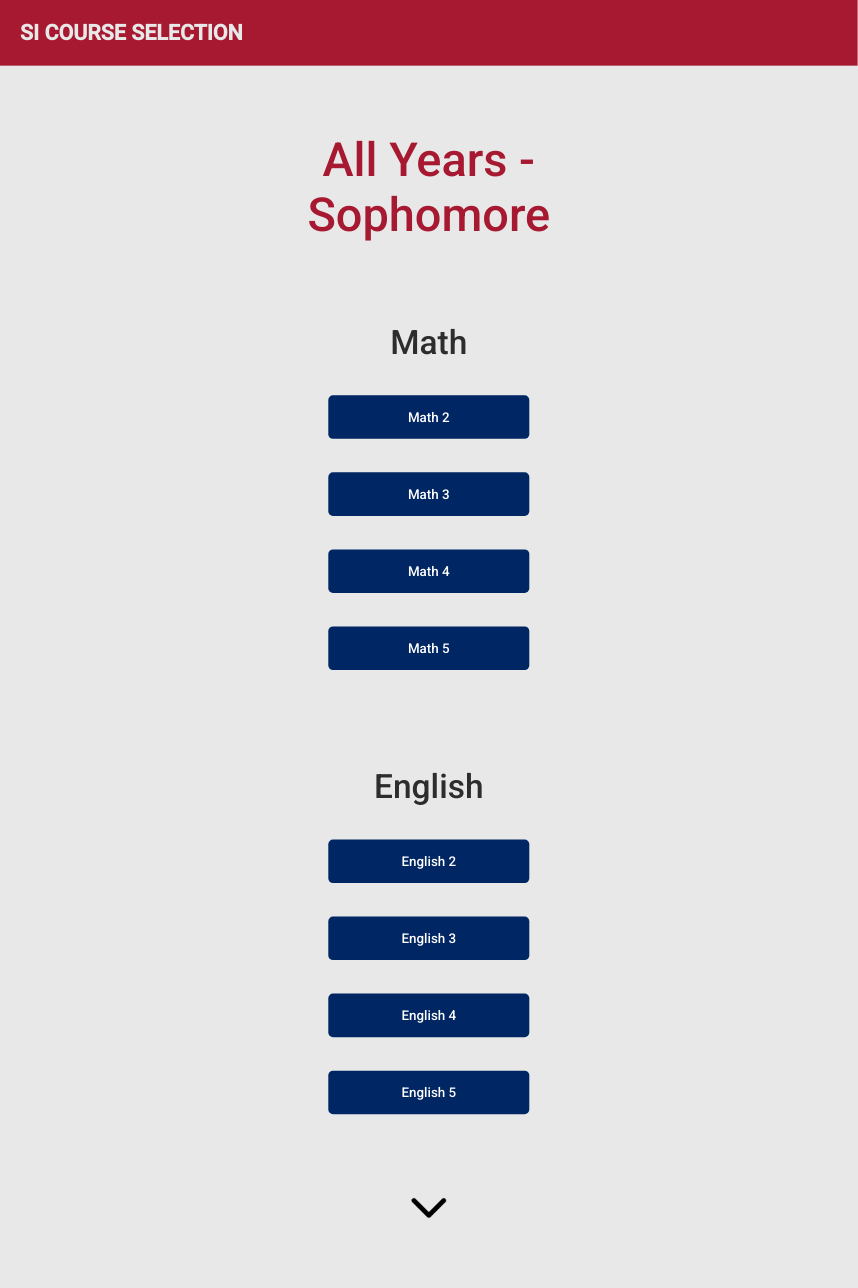
Repository: BuddyBob/si_course_selection
Page: /#/yearThree
The author's editor kept a copy of each file at every save. The page is drawn from the files as they stood at one save, then again after the next save.
The browser window is 1280 px wide. The pictures show the whole page, at 67% of full size.
The project was rebuilt for these pictures with package versions that can differ from the ones it lists, and the page was loaded fresh each time. Also part of the build but not shown: src/components/CurrentYear.js, src/getLocalStorage.js, src/Home.js, src/components/AllYears/YearFour.js, src/components/AllYears/YearOne.js, src/components/AllYears/YearTwo.js.

Above is the page before, as saved 2023-01-04 09:55:12.

### public/index.html
<!DOCTYPE html>
<html lang="en">
  <head>
    <meta charset="utf-8" />
    <link rel="icon" href="%PUBLIC_URL%/favicon.ico" />
    <meta name="viewport" content="width=device-width, initial-scale=1" />
    <meta name="theme-color" content="#000000" />
    <meta
      name="description"
      content="Web site created using create-react-app"
    />
    <link rel="apple-touch-icon" href="%PUBLIC_URL%/logo192.png" />
    <link rel="manifest" href="%PUBLIC_URL%/manifest.json" />

    <link rel="preconnect" href="https://fonts.googleapis.com">
    <link rel="preconnect" href="https://fonts.gstatic.com" crossorigin>
    <link href="https://fonts.googleapis.com/css2?family=Open+Sans:wght@300;400&family=Roboto:wght@500&display=swap" rel="stylesheet">
    <title>React App</title>
  </head>
  <body>
    <noscript>You need to enable JavaScript to run this app.</noscript>
    <div id="root"></div>

  </body>
</html>

### src/index.js
import App from './App';
import React from 'react';
import ReactDOM from 'react-dom';
import { HashRouter as Router } from 'react-router-dom';

ReactDOM.render(<Router>< App /></Router>, document.getElementById("root"));

### src/App.js
import './index.css'

import {
    Route,
    Routes,
} from "react-router-dom";

import CurrentYear from "./components/CurrentYear";
import Home from "./Home";
import YearFour from "./components/AllYears/YearFour";
import YearOne from "./components/AllYears/YearOne";
import YearThree from "./components/AllYears/YearThree";
import YearTwo from "./components/AllYears/YearTwo";

export default function App() {
    return (
          <Routes>
            <Route  exact path='/' element={<Home/>} />
            <Route  exact path='/currentYear' element={<CurrentYear/>} />
            <Route  exact path='/yearOne' element={<YearOne/>} />
            <Route  exact path='/yearTwo' element={<YearTwo/>} />
            <Route  exact path='/yearThree' element={<YearThree/>} />
            <Route  exact path='/yearFour' element={<YearFour/>} />
          </Routes>
    );
  }

### src/index.css
:root {
  --background:#e8e8e8;
  --main:#002664;
  --secondary:#A61930;
  --highlight:#2D2D2D;
  --text:#2D2D2D;
}

*{
  padding: 0;
  margin: 0;
  box-sizing: border-box;
  cursor: default;
  font-family: 'Open Sans', sans-serif;
  font-family: 'Roboto', sans-serif;
}

body{
  background: var(--background);
  overflow-x: hidden;
}


.main-container{
/* center */
  display: flex;
  flex-direction: column;
  justify-content: center;
  align-items: center;
  width: 100%;
  height: 100%;
  margin: auto;
}

.sub-container{
  display: flex;
  flex-direction: row;
}



.title{
  font-style: normal;
  font-size: 90px;
  color: var(--secondary);
  font-weight: 500px;
  /* center text to page; */
  margin: auto;
  width: 50%;
  text-align: center;
  position: relative;
  top: 100px;


}

@media screen and (max-width: 1150px) {
  .sub-container{
    flex-direction: column;
  }
  .title{
    font-size: 60px;
    width: 80%;
    text-align: center;
  }

}

select {
  border: #002664 1px solid;
  border-radius: 7px;
  background: #002664;
  width: 300px;
  height: 80px;/*Width of select dropdown to give space for arrow image*/
  color: #FFF;
  text-align: center;
  font-size: 25px;
  font-weight: 20px;
  margin: 50px;

}


.pg1dd{
  display: flex;
  flex-direction: column;
  justify-content: center;
  align-items: center;
  width: 100%;
  height: 100%;
  margin: auto;
  position: relative;
  top: 200px;

}



.arrow1{

  /* center content */
  display: flex;
  flex-direction: column;
  justify-content: center;
  align-items: center;
  position: relative;
  top: 100px

}


.arrow1:hover{
  animation: arrow1 1s infinite;
  color: var(--secondary);
  cursor: pointer;
}

.bounce {
  animation: bounce 3s infinite;
}

@keyframes bounce {
  0%, 20%, 50%, 80%, 100% {
      -moz-transform: translateY(0);
      -ms-transform: translateY(0);
      -webkit-transform: translateY(0);
      transform: translateY(0);
    }
    40% {
      -moz-transform: translateY(-10px);
      -ms-transform: translateY(-10px);
      -webkit-transform: translateY(-10px);
      transform: translateY(-10px);
    }
    40% {
      -moz-transform: translateY(-30px);
      -ms-transform: translateY(-30px);
      -webkit-transform: translateY(-30px);
      transform: translateY(-30px);
    }
    60% {
      -moz-transform: translateY(-15px);
      -ms-transform: translateY(-15px);
      -webkit-transform: translateY(-15px);
      transform: translateY(-15px);
    }
}

### src/components/AllYears/YearThree.js
import '../courseSelection.css'

import React, {useEffect, useState} from 'react'

import arrow from '../../assets/Arrow 5.png'
import courseData from '../../assets/courses.json'
import { useNavigate } from "react-router-dom";

export default function YearThree() {
  let navigate = useNavigate();
  const [grade, setGrade] = useState(localStorage.getItem('grade'));
  let grades = Object.keys(courseData)
  let nextGrade = grades[Object.keys(courseData).indexOf(grade)+2]
  let subjects = courseData[nextGrade].subjects
  let courses = courseData[nextGrade].classes



function courseSelect(e) {
  let userCourse = e.target.innerHTML
  let userSubject = e.target.value


}

function nextPage() {
    //make sure not a senior
  if (grade !== "Sophomore"){
    navigate("/yearFour");
  }
  else{
    navigate("/ThisIsTheResultsPage");
  }
}

    return (
    <div>
        <div className="Headers">
          <div className="Nav">
            <h1 className="navCourseSelect" >SI COURSE SELECTION</h1>
          </div>
          <h1 className="titleCourseSelect" >All Years - {nextGrade} </h1>
        </div>

        <div className="courseSelect">
          {subjects.map((subject, index) => (
            <div key={index}>
              <h2 className="subject">{subject}</h2>
              <div className="courses">
              {courses[subject].map((course, index) => (
                <div key={index}>
                    <button value={subject} className="course_btn" onClick={(e) => courseSelect(e)}>{course}</button>
                </div>
              ))}
              </div>
            </div>
          ))}
            <input type="image" src={arrow} alt="arrow2" className="arrow2 bounce2" onClick={() => nextPage()}/>
        </div>

    </div>
  )
}

### src/components/courseSelection.css
:root {
    --background:#e8e8e8;
    --main:#002664;
    --secondary:#A61930;
    --highlight:#2D2D2D;
    --text:#2D2D2D;
  }

.Nav{
  background-color: var(--secondary);
  padding: 30px;
}
.navCourseSelect{
  color: var(--background);
  font-weight: 100px;

}
.titleCourseSelect{
    font-style: normal;
    font-size: 70px;
    font-weight: 400;
    color: var(--secondary);

    /* center text to page; */
    margin: auto;
    width: 40%;
    text-align: center;

    position: relative;
    top: 100px;


}

@media screen and (max-width: 900px) {
  .titleCourseSelect{
    font-size: 50px;
    width: 80%;
  }
  .navCourseSelect{
    /* center text */
    margin: auto;
    width: 80%;
    text-align: center;

  }
}




.courseSelect{
    position: relative;
    top: 200px;
    margin: auto;
    text-align: center;
}
.subject{
    color: var(--text);
    margin: auto;
    text-align: center;
    font-size: 50px;
    font-weight:200;
    padding-top: 20px;

  }

  .courses{
    position: relative;
    margin-bottom: 100px;
    margin-top:25px;

  }

.course_btn{
    border: #002664 0px solid;
    border-radius: 7px;
    background: #002664;
    width: 300px;
    height: 65px;/*Width of select dropdown to give space for arrow image*/
    color: #FFF;
    text-align: center;
    font-size: 20px;
    font-weight: 30px;
    margin: 25px;
}

.course_btn:hover{
    background: var(--secondary);
    color: #FFF;
    cursor: pointer;
}

.course_btn_selected{
  background: #A61930;
  color: #FFF;
  cursor: pointer;
}

.arrow2{
  justify-content: center;
  align-items: center;
  position: relative;
  top: 0px;
  right: 0%;
  margin-bottom:100px;
}


.arrow2:hover{
  animation: arrow1 1s infinite;
  color: var(--secondary);
  cursor: pointer;
}

.bounce2 {
  animation: bounce 3s infinite;
}

@keyframes bounce2 {
  0%, 20%, 50%, 80%, 100% {
      -moz-transform: translateY(0);
      -ms-transform: translateY(0);
      -webkit-transform: translateY(0);
      transform: translateY(0);
    }
    40% {
      -moz-transform: translateY(-10px);
      -ms-transform: translateY(-10px);
      -webkit-transform: translateY(-10px);
      transform: translateY(-10px);
    }
    40% {
      -moz-transform: translateY(-30px);
      -ms-transform: translateY(-30px);
      -webkit-transform: translateY(-30px);
      transform: translateY(-30px);
    }
    60% {
      -moz-transform: translateY(-15px);
      -ms-transform: translateY(-15px);
      -webkit-transform: translateY(-15px);
      transform: translateY(-15px);
    }
}

### src/assets/courses.json
{
    "Freshman":{
        "subjects":[
            "Math",
            "English"
        ]
        ,
        "classes":{
            "Math":[
                "Math 1",
                "Math 2",
                "Math 3",
                "Math 4"
            ],
            "English":[
                "English 1",
                "English 2",
                "English 3",
                "English 4"
            ]

        }
    },
    "Sophomore":{
        "subjects":[
            "Math",
            "English"
        ]
        ,
        "classes":{
            "Math":[
                "Math 2",
                "Math 3",
                "Math 4",
                "Math 5"
            ],
            "English":[
                "English 2",
                "English 3",
                "English 4",
                "English 5"
            ]

        }
    }
    ,
    "Junior":{
        "subjects":[
            "Math",
            "English"
        ]
        ,
        "classes":{
            "Math":[
                "Math 3",
                "Math 4",
                "Math 5",
                "Math 6"
            ],
            "English":[
                "English 3",
                "English 4",
                "English 5",
                "English 6"
            ]

        }
    },
    "Senior":{
        "subjects":[
            "Math",
            "English"
        ]
        ,
        "classes":{
            "Math":[
                "Math 4",
                "Math 5"
            ],
            "English":[
                "English 4",
                "English 5",
                "English 6"
            ]

        }
    }
}

After the next save:
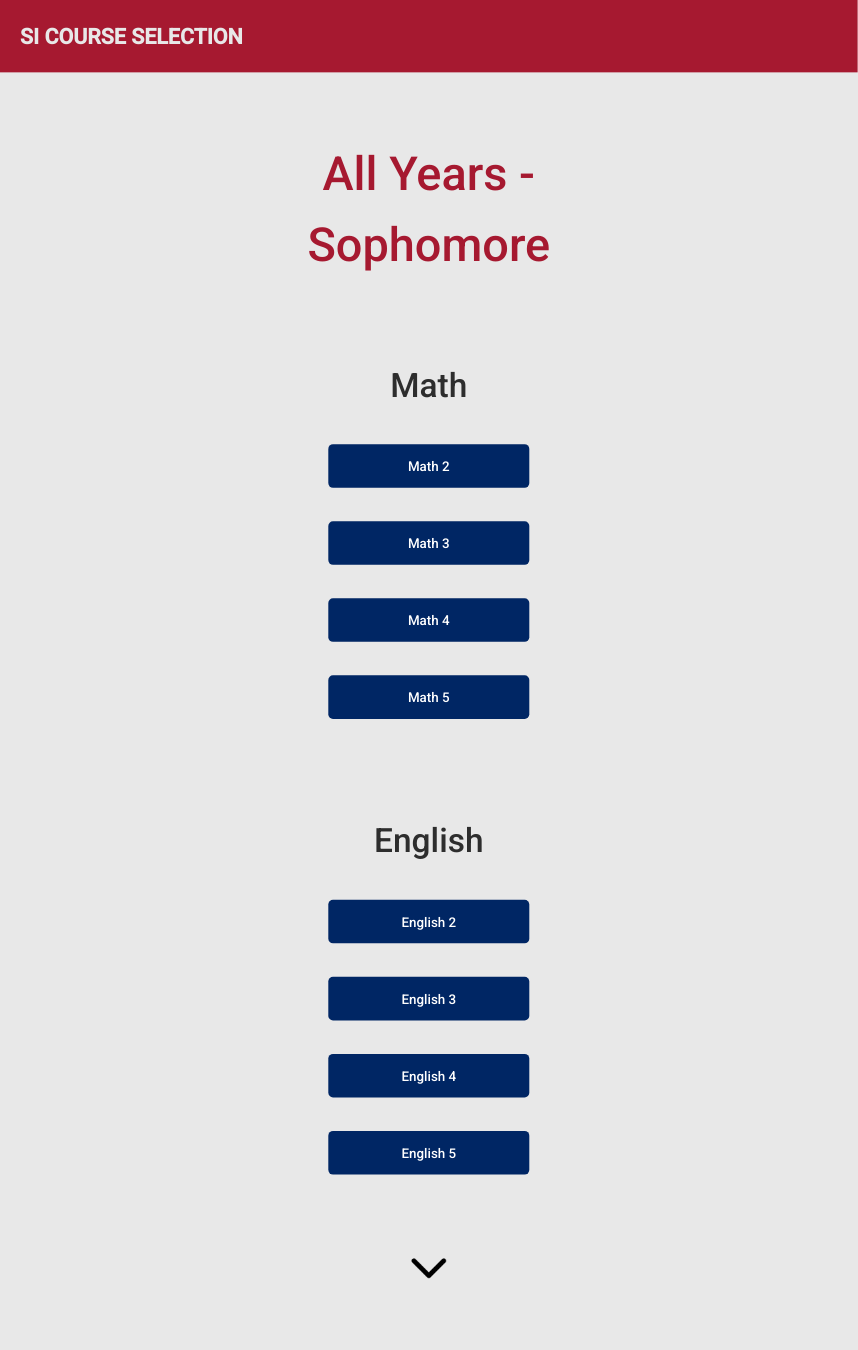
Saved 2 min 39 s later.
--- a/src/index.css
+++ b/src/index.css
@@ -16,8 +16,15 @@
 }
 
 body{
-  background: var(--background);
-  overflow-x: hidden;
+  background-color: var(--background);
+  color: var(--text);
+  font-size: 16px;
+  font-weight: 400;
+  line-height: 1.5;
+  text-align: left;
+  width: 100%;
+  height: 100%;
+  margin: auto;
 }
 
 

After the save that followed:
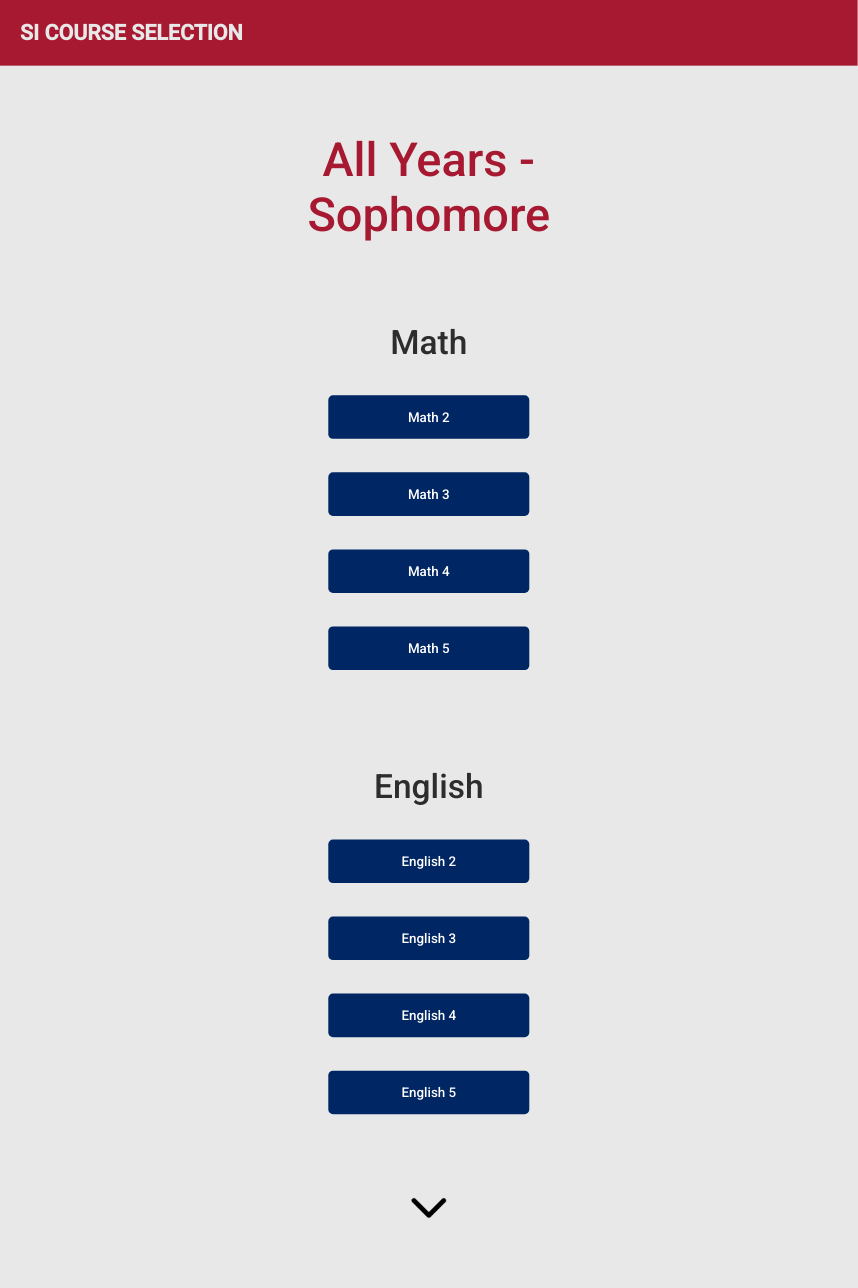
Saved 22 s later.
--- a/src/index.css
+++ b/src/index.css
@@ -16,15 +16,8 @@
 }
 
 body{
-  background-color: var(--background);
-  color: var(--text);
-  font-size: 16px;
-  font-weight: 400;
-  line-height: 1.5;
-  text-align: left;
-  width: 100%;
-  height: 100%;
-  margin: auto;
+  background: var(--background);
+  overflow-x: hidden;
 }
 
 
